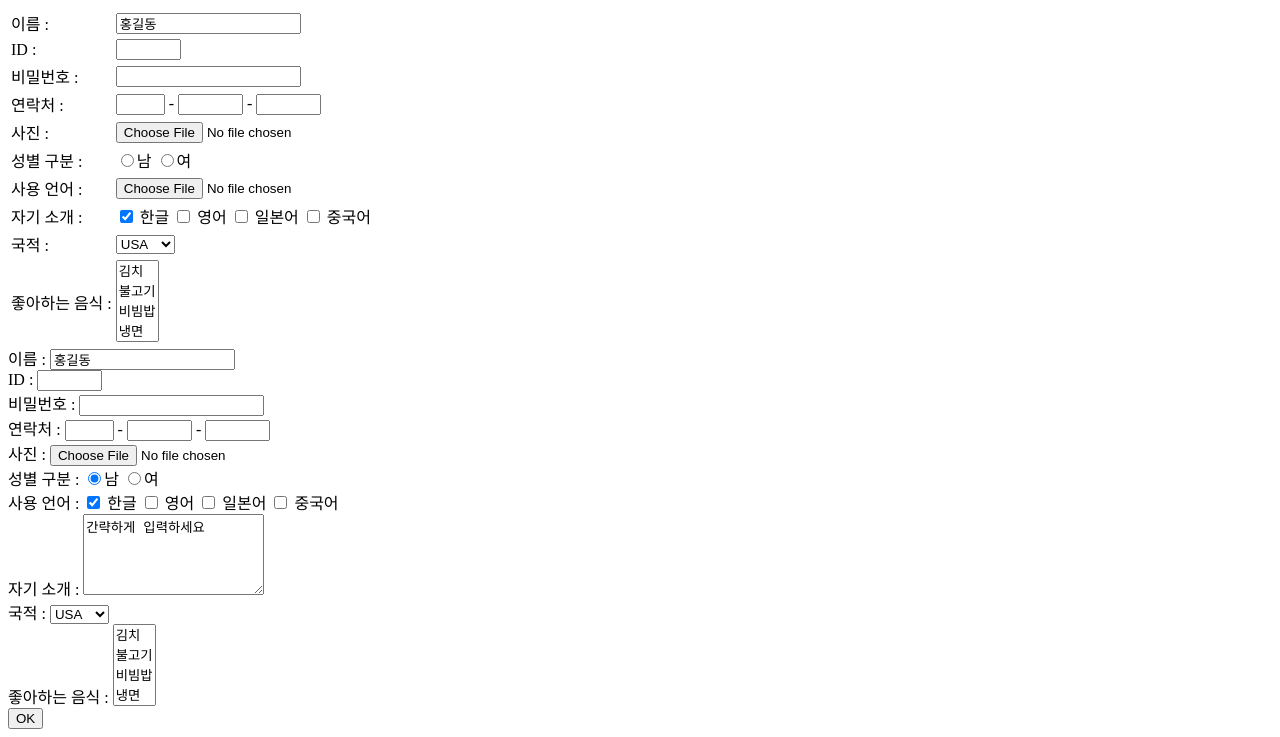
Repository: HyeogDo/Study_Java
Page: JSP/HTML/src/main/webapp/Lec07.html
These files come from the project's save history. The page is drawn as it stood at one moment and after the next save; the edit follows.
The browser window is 1280 px wide. The pictures show the whole page.

Above is the page before, as saved 2022-03-15 05:35:30.

After the next save:
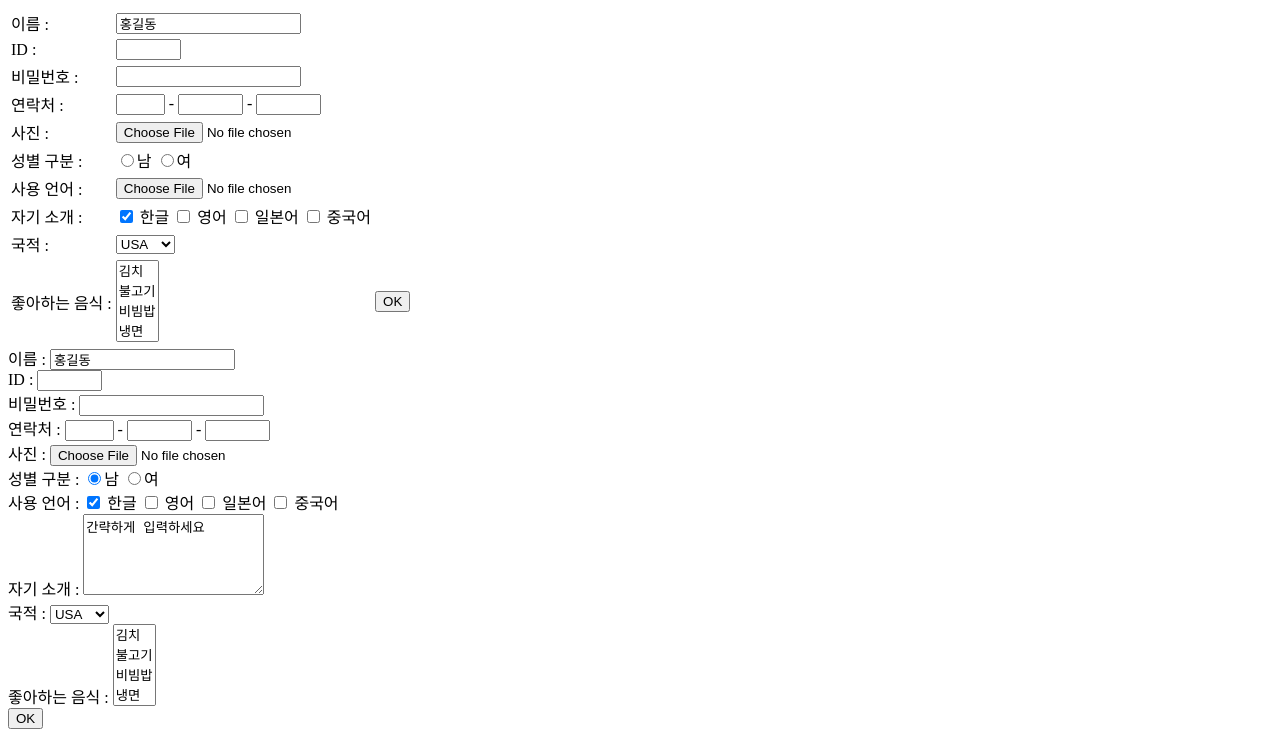
Saved 27 s later.
--- a/JSP/HTML/src/main/webapp/Lec07.html
+++ b/JSP/HTML/src/main/webapp/Lec07.html
@@ -64,6 +64,7 @@
 							<option>파전</option>
 						</select>
 					</td>
+					<td><input type="submit" name="okBtn" value="OK"></td>
 				</tr>
 			</table>
 			이름 : <input type="text" name="userName" value="홍길동"><br>
